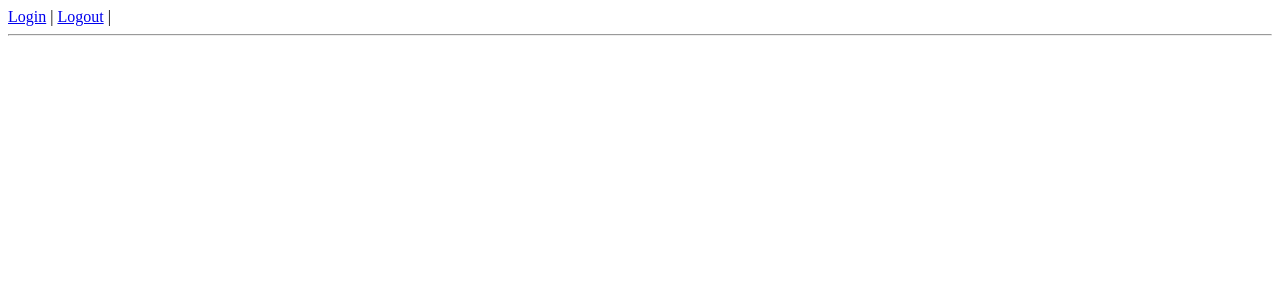
Repository: mvecina25/JavaEE-Servlet-TestNG-Selenium
Page: workspace/Modirum/WebContent/link.html
These files come from the project's save history. The page is drawn as it stood at one moment and after the next save; the edit follows.
The browser window is 1280 px wide. The pictures show the whole page.

Above is the page before, as saved 2017-12-16 18:15:05.

After the next save:
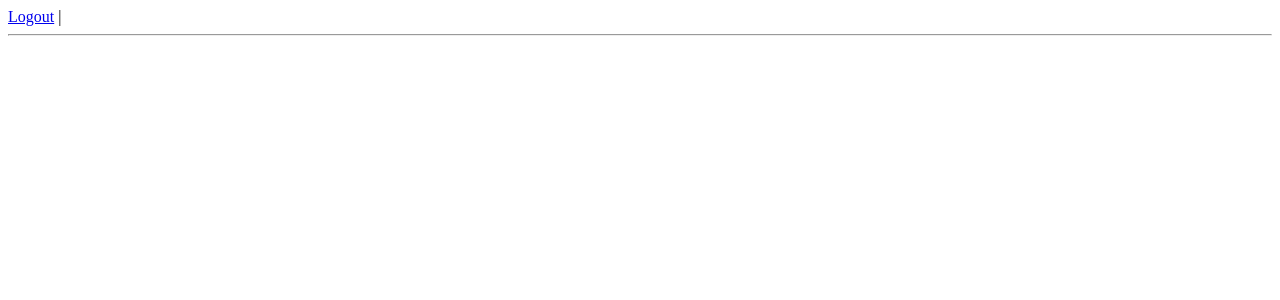
Saved 2 min 46 s later.
--- a/workspace/Modirum/WebContent/link.html
+++ b/workspace/Modirum/WebContent/link.html
@@ -1,3 +1,2 @@
-<a href="login.html">Login</a> |
 <a href="LogoutServlet">Logout</a> |
 <hr>
